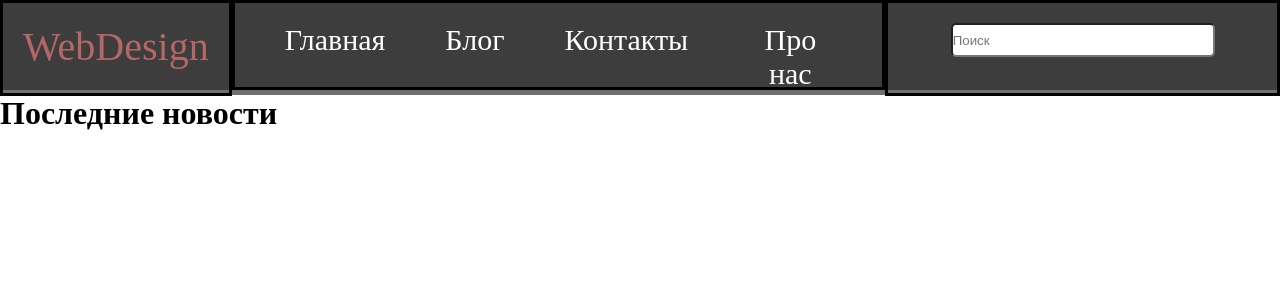
Repository: andbaik/Itprog
Page: index.htm
The author's editor kept a copy of each file at every save. The page is drawn from the files as they stood at one save, then again after a run of saves.
The browser window is 1280 px wide. The pictures show the whole page.

Above is the page before, as saved 2021-01-19 16:57:32.

### index.htm
<!DOCTYPE html>
<html lang="en">
<head>
    <meta charset="UTF-8">
    <meta name="viewport" content="width=device-width, initial-scale=1.0">
    <link rel="stylesheet" href="css/style.css">
    <title>Моя страница</title>
</head>
<body>
    <div class="header">
        <div class="logo box">
            <a href="#">WebDesign</a>
        </div>
        <div class="nav box">
                <ul>
                    <li><a href="#">Главная</a></li>
                    <li><a href="#">Блог</a></li>
                    <li><a href="#">Контакты</a></li>
                    <li><a href="#">Про нас</a></li>
                </ul>
        </div>
        <div class="search box">
            <form action="" method="POST" id="search" name="search">
                <input class="serch-button" type="text" placeholder="Поиск">
            </form>
        </div>
    </div>
    <div class="main">
        <div class="content">
            <h1>Последние новости</h1>
            <p></p>
        </div>
        <div class="asaid">

        </div>
    </div>
</body>
</html>

### css/style.css
* {
    margin: 0;
    padding: 0;
}

.header {
    display: flex;
    text-align: center;
    width: 100%;
    height: 90px;
    background-color: #3D3D3D;
    border-bottom: 5px solid #6F6F6F;

}
a {

    text-decoration: none;
    color: #fff;
}
.logo {
    display: inline-block;
    height: 50px;
    weight: 150px;
    margin: 0px auto;
    padding: 20px;
    border: 3px solid black;
    vertical-align: center;
}
.logo a{
    color: #B36767;
    font-size: 40px;


}
.nav {
    height: px;
    width: auto;
    padding: 20px;
    margin: 0 auto;
    border: 3px solid black;
}

.header ul {
    display: flex;
}

.nav li{
    list-style: none;
    font-size: 30px;
    padding: 0 30px;
}




.search {
    width: 400px;
    height: 90px;
    margin: 0 auto;
    border: 3px solid black;

}

.serch-button {
    width: 260px;
    height: 30px;
    margin: 20px auto;
    border-radius: 5px;


}

After the next 3 saves:
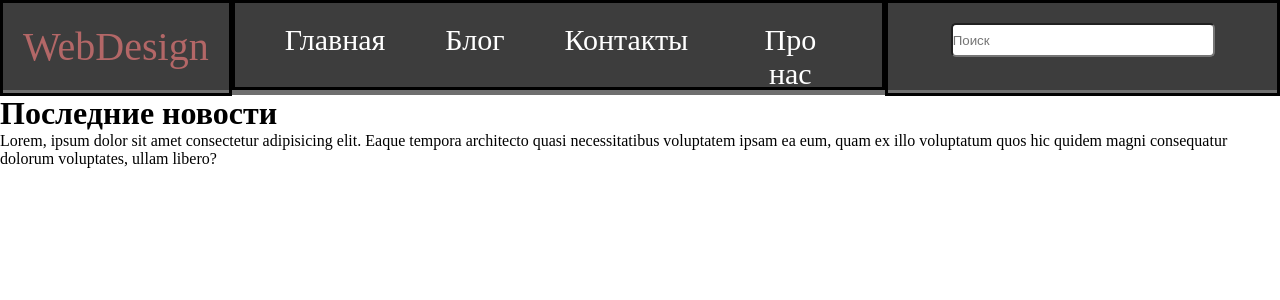
The 3 saves are shown as one change because they came seconds apart.
The last was saved 9 s later.
--- a/index.htm
+++ b/index.htm
@@ -28,7 +28,7 @@
     <div class="main">
         <div class="content">
             <h1>Последние новости</h1>
-            <p></p>
+            <p>Lorem, ipsum dolor sit amet consectetur adipisicing elit. Eaque tempora architecto quasi necessitatibus voluptatem ipsam ea eum, quam ex illo voluptatum quos hic quidem magni consequatur dolorum voluptates, ullam libero?</p>
         </div>
         <div class="asaid">
 
